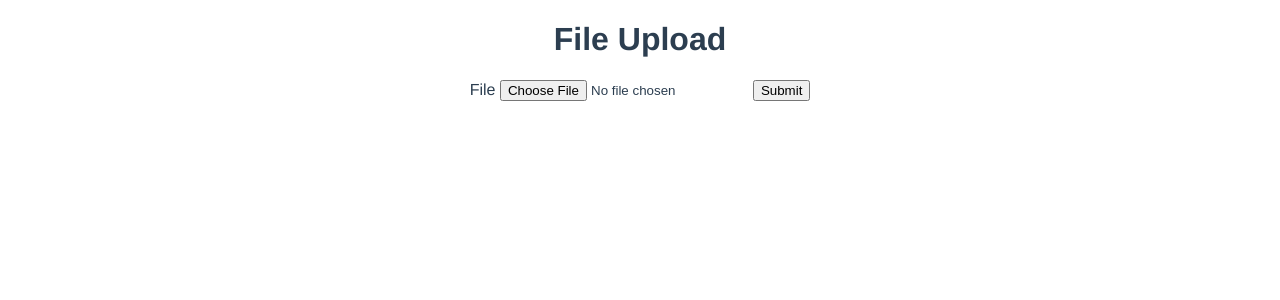
Repository: rockeycse/file-upload-front
Page: /
These files come from the project's save history. The page is drawn as it stood at one moment and after a run of saves; the edit follows.
The browser window is 1280 px wide. The pictures show the whole page.
The page's requests for data from a server got no answer. The project was rebuilt for these pictures with package versions that can differ from the ones it lists, and the page was loaded fresh each time. No one was signed in, and anything a server would have sent is missing.

Above is the page before, as saved 2021-06-28 17:50:09.

### src/App.vue
<template>
  <!-- <script src="path/to/vue.js"></script>
  <script src="path/to/vue-simple-progress.js"></script> -->
  <div id="">
    <!-- <router-link to="/">Home</router-link> |
    <router-link to="/about">About</router-link> -->
    <!-- <h1>hello</h1> -->
    <div v-if="!isSummit && progressStatus == false">
      <file-upload @getBatchId="getBatchData"></file-upload>
    </div>
    <div v-if="progressStatus == true">
      <h1>Processing...</h1>
    </div>

    <div v-if="null != progressData.id">
      <h1>Progress ({{ progressData.progress }}%)</h1>
      <!-- <progress-page></progress-page> -->
    </div>
  </div>
  <!-- <router-view/> -->
</template>

<script>
import axios from "axios";
import FileUpload from "./components/FileUpload.vue";
import ProgressPage from "./components/ProgressPage.vue";
// import ProgressBar from  'vue-simple-progress'

export default {
  data() {
    return {
      loading: true,
      batchData: [],
      isSummit: false,
      progressData: [],
      progressStatus: false,
      batchID: null,
      batchDetailsData: []
    };
  },
  components: {
    FileUpload,
    ProgressPage
    // ProgressBar,
    // Inventory,
  },
  methods: {
    getBatchData(batchData) {
      this.batchData = batchData;
      // console.log(this.batchData.id);
    },
    getProgress() {
      setInterval(() => {
        axios
          .get(`http://127.0.0.1:8000/api/batch/in-progress`)
          .then(response => {
            // console.log(response.data.progress);
            // this.isSummit = true;
            this.progressData = response.data;
            if (response.data.progress == 100) {
              clearInterval();
            }
            if (response.data.progress > 0) {
              this.progressStatus = true;
              this.isSummit = true;
            }
          });
      }, 10000);
    },
    batchDetails(){
      axios
          .get(`http://127.0.0.1:8000/api/batch/id=`)
          .then(response => {
            // console.log(response.data.progress);
            // this.isSummit = true;
            this.progressData = response.data;
            if (response.data.progress == 100) {
              clearInterval();
            }
            if (response.data.progress > 0) {
              this.progressStatus = true;
              this.isSummit = true;
            }
          });
    }
  },
  created() {
    this.batchDetails();
    this.getProgress();
  }
};
</script>

<style lang="scss">
#app {
  font-family: Avenir, Helvetica, Arial, sans-serif;
  -webkit-font-smoothing: antialiased;
  -moz-osx-font-smoothing: grayscale;
  text-align: center;
  color: #2c3e50;
}

#nav {
  padding: 30px;

  a {
    font-weight: bold;
    color: #2c3e50;

    &.router-link-exact-active {
      color: #42b983;
    }
  }
}
</style>

### src/store/index.js
import { createStore } from 'vuex'

export default createStore({
  state: {
    // batchDetails: [],
    //   progressDetails: [],
  },
  mutations: {
  },
  actions: {
  },
  modules: {
  }
})

### src/components/FileUpload.vue
<template>
  <div class="container">
    <div class="row mb-4">
      <h1>File Upload</h1>
    </div>
    <div class="large-12 medium-12 small-12 cell">
      <label
        >File
        <input
          type="file"
          id="file"
          ref="file"
          v-on:change="handleFileUpload()"
        />
      </label>
      <button v-on:click="submitFile()">Submit</button>
    </div>
  </div>
</template>

<script>
import axios from "axios";
// import ProgressBar from "vue-simple-progress";
export default {
  // components: {
  //   ProgressBar,
  // },
  data() {
    return {
      file: "",
      batchDetails: [],
      progressDetails: [],
    };
  },
  methods: {
    handleFileUpload() {
      this.file = this.$refs.file.files[0];
    },
    submitFile() {
      let formData = new FormData();
      formData.append("mycsv", this.file);
      console.log(formData);
      axios
        .post("http://127.0.0.1:8000/api/upload", formData, {
          headers: {
            "Content-Type": "multipart/form-data",
          },
        })
        .then((response) => {
          this.batchDetails = response.data;
          if (this.batchDetails.id != null) {
            this.$emit('batchDetails',response.data);
            // this.$emit('iSubmit',1);
          }
          // console.log(this.batchDetails.id);
        });
    },

  },

};
</script>

<!-- Add "scoped" attribute to limit CSS to this component only -->
<style scoped>
h3 {
  margin: 40px 0 0;
}
ul {
  list-style-type: none;
  padding: 0;
}
li {
  display: inline-block;
  margin: 0 10px;
}
a {
  color: #42b983;
}
</style>

### src/components/ProgressPage.vue
<template lang="">
    <div>
        test progress
    </div>
</template>
<script>
export default {

}
</script>
<style lang="">

</style>

Loaded but not shown: public/index.html (common file); src/main.js (common file); src/router/index.js (common file)

After the next 2 saves:
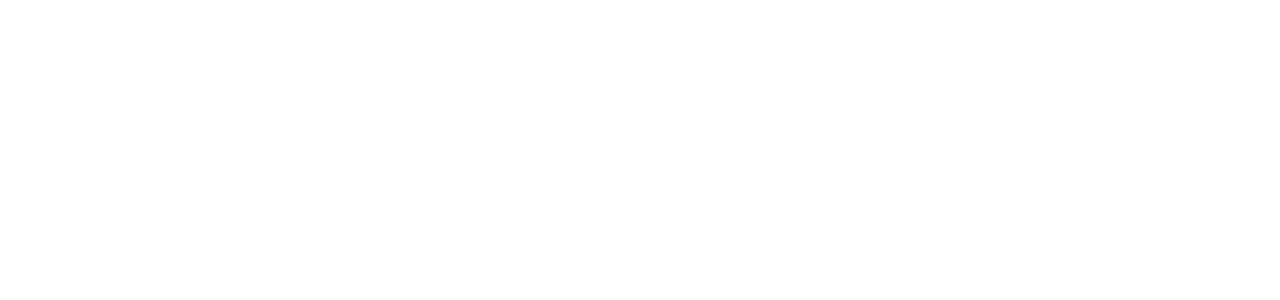
Console error: ReferenceError: ba is not defined
The 2 saves are shown as one change because they came seconds apart.
The last was saved 9 s later.
--- a/src/App.vue
+++ b/src/App.vue
@@ -69,7 +69,7 @@
     },
     batchDetails(){
       axios
-          .get(`http://127.0.0.1:8000/api/batch/id=`)
+          .get(`http://127.0.0.1:8000/api/batch/id=`+ba)
           .then(response => {
             // console.log(response.data.progress);
             // this.isSummit = true;

After the 2 saves that followed:
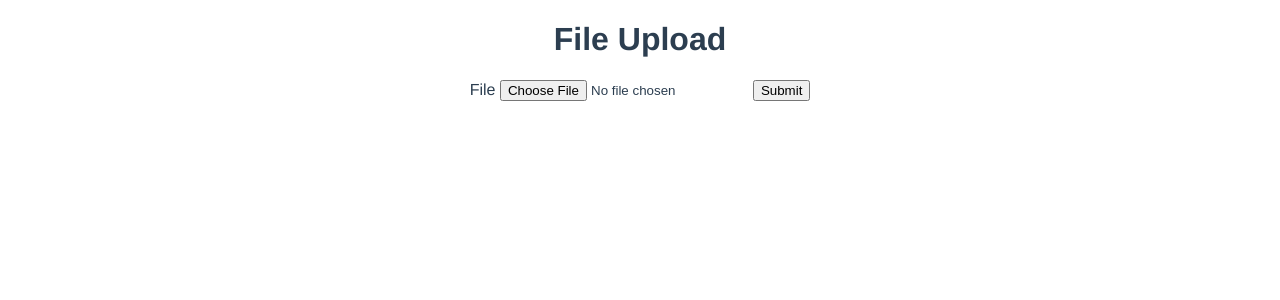
The error is gone.
The 2 saves are shown as one change because they came seconds apart.
The last was saved 21 s later.
--- a/src/App.vue
+++ b/src/App.vue
@@ -69,7 +69,7 @@
     },
     batchDetails(){
       axios
-          .get(`http://127.0.0.1:8000/api/batch/id=`+ba)
+          .get(`http://127.0.0.1:8000/api/batch/id=`+this.batchData.id)
           .then(response => {
             // console.log(response.data.progress);
             // this.isSummit = true;
